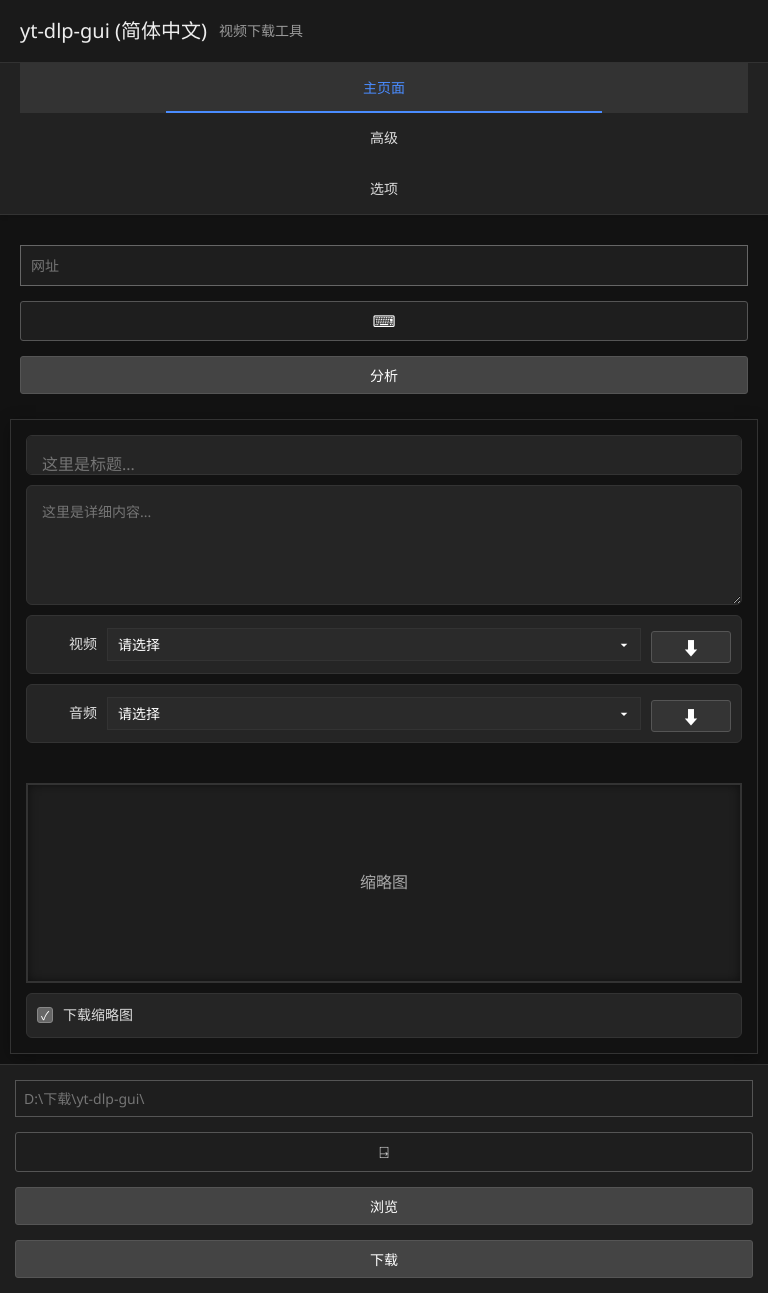
Repository: zArvin6808/yt-TubeSaver
Page: index.html
An editor plug-in stored every save of this project. The page is shown before and after the next save, followed by the edit.
The browser window is 768 px wide. The pictures show the whole page.

Above is the page before, as saved 2025-06-07 16:16:19.

### index.html
<!DOCTYPE html>
<html lang="zh-CN">
<head>
  <meta charset="UTF-8" />
  <title>yt-dlp-gui (简体中文)</title>
  <meta name="viewport" content="width=device-width, initial-scale=1.0"/>
  <link rel="stylesheet" href="style.css" />
</head>
<body>

  <!-- 标题栏 -->
  <div class="title-bar">
    <h1>yt-dlp-gui (简体中文)</h1>
    <span>视频下载工具</span>
  </div>

  <!-- 导航栏 -->
  <div class="navbar">
    <a href="#" class="nav-link active" data-page="main">主页面</a>
    <a href="#" class="nav-link" data-page="advanced">高级</a>
    <a href="#" class="nav-link" data-page="settings">选项</a>
  </div>

  <!-- 主页面内容 -->
  <div id="main" class="page active">
    <!-- 网址与按钮 占据整行 -->
    <div class="url-analysis-row">
      <input type="text" id="urlInput" placeholder="网址" />
      <button class="icon-button" id="pasteButton">⌨</button>
      <button id="analyzeButton">分析</button>
    </div>

    <!-- 主内容 -->
    <div class="main">
      <!-- 左侧面板 -->
      <div class="left-panel">
        <textarea class="title-input" id="titleInput" placeholder="这里是标题..." readonly></textarea>
        <textarea class="content-textarea" id="contentTextarea" placeholder="这里是详细内容..."></textarea>

        <!-- 视频行 -->
        <div class="select-group">
          <label for="video-select">视频</label>
          <select id="video-select">
            <option>请选择</option>
            <option value="video1">视频格式1</option>
            <option value="video2">视频格式2</option>
          </select>
          <button class="download-button" id="downloadVideoButton">⬇</button>
        </div>

        <!-- 音频行 -->
        <div class="select-group">
          <label for="audio-select">音频</label>
          <select id="audio-select">
            <option>请选择</option>
            <option value="audio1">音频格式1</option>
            <option value="audio2">音频格式2</option>
          </select>
          <button class="download-button" id="downloadAudioButton">⬇</button>
        </div>
      </div>

      <!-- 右侧面板 -->
      <div class="right-panel">
        <div class="thumbnail" id="thumbnailPreview">缩略图</div>
        <div class="checkbox-group">
          <input type="checkbox" id="download-thumb" checked />
          <label for="download-thumb">下载缩略图</label>
        </div>
      </div>
    </div>

    <!-- 路径栏 -->
    <div class="path-bar">
      <input type="text" id="pathInput" placeholder="D:\下载\yt-dlp-gui\" />
      <button class="icon-button" id="refreshPathButton">⍈</button>
      <button id="selectPathButton">浏览</button>
      <button id="downloadButton">下载</button>
    </div>
  </div>

  <!-- 高级页面 -->
  <div id="advanced" class="page">
    <div class="test-content">
      <h2>高级设置（测试页面）</h2>
      <p>这是高级设置页面的测试内容。该页面将用于配置更详细的下载选项。</p>
      <p>未来这里将包含：</p>
      <ul style="color: #aaa; margin-left: 20px;">
        <li>视频质量设置</li>
        <li>下载速度限制</li>
        <li>字幕选项</li>
        <li>格式选择</li>
      </ul>
    </div>
  </div>

  <!-- 选项页面 -->
  <div id="settings" class="page">
    <div class="test-content">
      <h2>全局设置（测试页面）</h2>
      <p>这是选项设置页面的测试内容。该页面将用于配置软件的全局设置。</p>
      <p>未来这里将包含：</p>
      <ul style="color: #aaa; margin-left: 20px;">
        <li>界面语言设置</li>
        <li>默认下载路径</li>
        <li>代理设置</li>
        <li>主题选择</li>
      </ul>
    </div>
  </div>

  <script src="script.js"></script>
</body>
</html>

### style.css
    * {
      box-sizing: border-box;
      margin: 0;
      padding: 0;
      font-family: "Segoe UI", "Microsoft YaHei", sans-serif;
    }

    body {
      background-color: #121212;
      color: #e0e0e0;
      display: flex;
      flex-direction: column;
      min-height: 100vh;
      line-height: 1.6;
    }

    /* 标题栏 */
    .title-bar {
      background-color: #1e1e1e;
      display: flex;
      align-items: center;
      padding: 15px 20px;
      gap: 12px;
      border-bottom: 1px solid #333;
    }

    .title-bar h1 {
      font-size: 20px;
      margin: 0;
      color: #fff;
      font-weight: 500;
    }

    .title-bar span {
      font-size: 14px;
      color: #aaa;
    }

    /* 导航栏 */
    .navbar {
      background-color: #252525;
      display: flex;
      padding: 0 20px;
      box-shadow: 0 2px 4px rgba(0,0,0,0.1);
    }

    .navbar a {
      color: #ddd;
      text-decoration: none;
      font-size: 14px;
      cursor: pointer;
      padding: 14px 20px;
      transition: all 0.3s ease;
      position: relative;
    }

    .navbar a:hover {
      color: #fff;
      background-color: #333;
    }

    .navbar a.active {
      color: #4a8cff;
      background-color: #333;
    }

    .navbar a.active::after {
      content: '';
      position: absolute;
      bottom: 0;
      left: 20%;
      right: 20%;
      height: 2px;
      background-color: #4a8cff;
    }

    /* 页面切换相关样式 */
    .page {
      display: none;
      flex-direction: column;
      flex-grow: 1;
    }

    .page.active {
      display: flex;
    }

    /* 网址与按钮容器：占满整行 */
    .url-analysis-row {
      display: flex;
      align-items: center;
      padding: 15px 20px;
      gap: 10px;
      width: 100%;
      box-sizing: border-box;
    }

    .url-analysis-row input[type="text"] {
      background-color: #1e1e1e;
      color: #ffffff;
      border: 1px solid #666;
      padding: 10px;
      font-size: 14px;
      flex-grow: 1;
      transition: border-color 0.2s ease;
    }

    .url-analysis-row input[type="text"]:focus {
      outline: none;
      border-color: #888;
      box-shadow: 0 0 0 2px rgba(150, 150, 150, 0.2);
    }

    /* 主内容容器 */
    .main {
      display: flex;
      flex-direction: row;
      padding: 0 20px 20px 20px;
      gap: 20px;
      flex-grow: 1;
    }

    /* 左侧区域 */
    .left-panel {
      display: flex;
      flex-direction: column;
      width: 60%;
      gap: 10px;
    }

    .title-input {
      background-color: #1e1e1e;
      color: #ffffff;
      border: 1px solid #666;
      padding: 10px;
      font-size: 14px;
      height: 40px;
      resize: none;
      transition: border-color 0.2s ease;
    }

    .title-input:focus {
      outline: none;
      border-color: #888;
      box-shadow: 0 0 0 2px rgba(150, 150, 150, 0.2);
    }

    .content-textarea {
      background-color: #1e1e1e;
      color: #ffffff;
      border: 1px solid #666;
      padding: 10px;
      font-size: 14px;
      resize: vertical;
      height: 100px;
      flex-grow: 1;
      transition: border-color 0.2s ease;
    }

    .content-textarea:focus {
      outline: none;
      border-color: #888;
      box-shadow: 0 0 0 2px rgba(150, 150, 150, 0.2);
    }

    /* 视频/音频选择器 - 每组一行 */
    .select-group {
      display: flex;
      align-items: center;
      gap: 10px;
    }

    select {
      background-color: #1e1e1e;
      color: #ffffff;
      border: 1px solid #666;
      padding: 6px 10px;
      font-size: 14px;
      flex-grow: 1;
      transition: border-color 0.2s ease;
      appearance: none;
      background-image: url("data:[embedded picture, 150 characters]");
      background-repeat: no-repeat;
      background-position: right 8px center;
      background-size: 16px;
    }

    select:focus {
      outline: none;
      border-color: #888;
      box-shadow: 0 0 0 2px rgba(150, 150, 150, 0.2);
    }

    label {
      font-size: 14px;
      text-align: right;
      flex-shrink: 0;
    }

    /* 基础按钮样式 */
    button {
      background-color: #444;
      color: white;
      border: 1px solid #555;
      padding: 8px 12px;
      cursor: pointer;
      font-size: 14px;
      transition: all 0.2s ease;
      border-radius: 3px;
      min-width: 80px;
    }

    button:hover {
      background-color: #555;
      border-color: #666;
    }

    button:active {
      background-color: #3a3a3a;
    }

    button.primary {
      background-color: #666;
      border-color: #777;
    }

    button.primary:hover {
      background-color: #777;
    }

    button.primary:active {
      background-color: #5a5a5a;
    }

    /* 图标按钮样式 */
    .icon-button {
      background-color: #1e1e1e;
      color: #ffffff;
      border: 1px solid #555;
      cursor: pointer;
      font-size: 16px;
      transition: all 0.2s ease;
      display: flex;
      justify-content: center;
      align-items: center;
      border-radius: 3px;
    }

    .icon-button:hover {
      border-color: #666;
      background-color: #252525;
    }

    .icon-button:active {
      background-color: #1a1a1a;
    }

    /* 下载图标按钮样式 */
    .download-button {
      width: 32px;
      height: 32px;
      display: flex;
      justify-content: center;
      align-items: center;
      font-size: 18px;
      padding: 0;
      background-color: #343434;
      border: 1px solid #555;
      border-radius: 3px;
    }
    .download-button:hover {
      background-color: #555;
    }
    .download-button:active {
      background-color: #2e2e2e;
    }

    /* 右侧面板：缩略图和下载缩略图选项 */
    .right-panel {
      display: flex;
      flex-direction: column;
      width: 40%;
      gap: 10px;
    }

    .thumbnail {
      width: 100%;
      height: 200px;
      background-color: #1e1e1e;
      display: flex;
      justify-content: center;
      align-items: center;
      color: #aaa;
      font-size: 16px;
      border: 1px solid #666;
      transition: all 0.2s ease;
    }

    .thumbnail.loading {
      background-color: #252525;
      border-color: #888;
    }

    .thumbnail img {
      max-width: 100%;
      max-height: 100%;
      object-fit: contain;
    }

    .checkbox-group {
      display: flex;
      align-items: center;
      gap: 8px;
    }

    .checkbox-group input[type="checkbox"] {
      appearance: none;
      width: 16px;
      height: 16px;
      border: 1px solid #666;
      background-color: #1e1e1e;
      border-radius: 3px;
      cursor: pointer;
      position: relative;
      transition: all 0.2s ease;
    }

    .checkbox-group input[type="checkbox"]:checked {
      background-color: #666;
      border-color: #888;
    }

    .checkbox-group input[type="checkbox"]:checked::after {
      content: "✓";
      position: absolute;
      color: white;
      font-size: 12px;
      top: 50%;
      left: 50%;
      transform: translate(-50%, -50%);
    }

    .checkbox-group input[type="checkbox"]:focus {
      outline: none;
      box-shadow: 0 0 0 2px rgba(150, 150, 150, 0.2);
    }

    .checkbox-group label {
      font-size: 14px;
      color: #ddd;
      cursor: pointer;
    }

    /* 路径栏 */
    .path-bar {
      display: flex;
      align-items: center;
      gap: 10px;
      padding: 15px 20px;
      background-color: #2e2e2e;
      border-top: 1px solid #444;
    }

    .path-bar input {
      flex-grow: 1;
      padding: 8px;
      background-color: #1e1e1e;
      color: #fff;
      border: 1px solid #555;
      font-size: 14px;
    }

    /* 测试页面样式 */
    .test-content {
      padding: 20px;
      display: flex;
      flex-direction: column;
      gap: 20px;
    }

    .test-content h2 {
      color: #fff;
      font-size: 18px;
      margin-bottom: 10px;
    }

    .test-content p {
      color: #aaa;
      font-size: 14px;
      line-height: 1.6;
    }

    /* 导航栏 */
    .navbar {
      display: flex;
      border-bottom: 1px solid #333;
      margin-bottom: 15px;
      background-color: #1a1a1a;
    }

    .nav-link {
      padding: 12px 20px;
      color: #aaa;
      text-decoration: none;
      transition: all 0.2s ease;
      font-size: 14px;
      position: relative;
    }

    .nav-link:hover {
      color: #fff;
      background-color: #252525;
    }

    .nav-link.active {
      color: #fff;
      background-color: #252525;
    }

    .nav-link.active::after {
      content: '';
      position: absolute;
      bottom: -1px;
      left: 0;
      right: 0;
      height: 2px;
      background-color: #4a8cff;
    }

    /* 页面切换 */
    .page {
      display: none;
      animation: fadeIn 0.3s ease-out;
    }

    .page.active {
      display: block;
    }

    @keyframes fadeIn {
      from { opacity: 0; transform: translateY(10px); }
      to { opacity: 1; transform: translateY(0); }
    }

    /* 按钮状态 */
    button {
      transition: all 0.2s ease;
      position: relative;
    }

    button:hover {
      filter: brightness(1.1);
    }

    button:active {
      transform: translateY(1px);
    }

    button[disabled] {
      opacity: 0.7;
      cursor: not-allowed;
      transform: none !important;
    }

    /* 加载动画 */
    .spinner {
      display: inline-block;
      width: 14px;
      height: 14px;
      border: 2px solid rgba(255,255,255,0.3);
      border-radius: 50%;
      border-top-color: #fff;
      animation: spin 1s ease-in-out infinite;
      margin-right: 8px;
      vertical-align: middle;
    }

    @keyframes spin {
      to { transform: rotate(360deg); }
    }

    /* 提示消息 */
    .toast {
      position: fixed;
      bottom: 20px;
      left: 50%;
      transform: translateX(-50%);
      padding: 12px 24px;
      border-radius: 4px;
      color: white;
      font-size: 14px;
      z-index: 1000;
      box-shadow: 0 4px 12px rgba(0,0,0,0.15);
      opacity: 0;
      animation: toastIn 0.3s ease-out forwards;
    }

    .toast.toast-success {
      background-color: #28a745;
    }

    .toast.toast-error {
      background-color: #dc3545;
    }

    .toast.toast-info {
      background-color: #17a2b8;
    }

    .toast.fade-out {
      animation: toastOut 0.3s ease-in forwards;
    }

    @keyframes toastIn {
      from { opacity: 0; transform: translateX(-50%) translateY(20px); }
      to { opacity: 1; transform: translateX(-50%) translateY(0); }
    }

    @keyframes toastOut {
      from { opacity: 1; transform: translateX(-50%) translateY(0); }
      to { opacity: 0; transform: translateX(-50%) translateY(-20px); }
    }

    /* 响应式布局 */
    @media (max-width: 768px) {
      .navbar {
        flex-direction: column;
      }

      .nav-link {
        padding: 10px;
        text-align: center;
      }

      .input-group {
        flex-direction: column;
      }

      button {
        width: 100%;
        margin-top: 8px;
      }

      .toast {
        width: 90%;
        text-align: center;
      }
    }
    .toast {
      position: fixed;
      bottom: 20px;
      left: 50%;
      transform: translateX(-50%);
      padding: 12px 24px;
      border-radius: 4px;
      color: white;
      z-index: 1000;
      animation: slideIn 0.3s ease-out;
    }

    .toast-info {
      background-color: #444;
    }

    .toast-success {
      background-color: #2d7d46;
    }

    .toast-error {
      background-color: #c42b1c;
    }

    .toast.fade-out {
      animation: fadeOut 0.3s ease-in;
      opacity: 0;
    }

    @keyframes slideIn {
      from {
        transform: translateX(-50%) translateY(20px);
        opacity: 0;
      }
      to {
        transform: translateX(-50%) translateY(0);
        opacity: 1;
      }
    }

    @keyframes fadeOut {
      from {
        opacity: 1;
      }
      to {
        opacity: 0;
      }
    }

    /* 输入验证 */
    input:invalid {
      border-color: #c42b1c !important;
    }

    /* 缩略图显示优化 */
    .thumbnail {
      background-size: cover;
      background-position: center;
      transition: background-image 0.3s ease;
    }

    /* 滚动条样式 */
    ::-webkit-scrollbar {
      width: 10px;
      height: 10px;
    }
    ::-webkit-scrollbar-track {
      background: #1e1e1e;
      border-radius: 5px;
    }
    ::-webkit-scrollbar-thumb {
      background: #666;
      border-radius: 5px;
      border: 2px solid #1e1e1e;
      transition: background 0.2s ease;
    }
    ::-webkit-scrollbar-thumb:hover {
      background: #777;
    }
    ::-webkit-scrollbar-corner {
      background: #1e1e1e;
    }

    /* 新增样式改进 */

    /* 选择框组优化 */
    .select-group {
      display: flex;
      align-items: center;
      gap: 10px;
      padding: 10px;
      background-color: #252525;
      border-radius: 6px;
      border: 1px solid #333;
    }

    .select-group label {
      font-weight: 500;
      color: #e0e0e0;
      min-width: 60px;
    }

    .select-group select {
      flex: 1;
      background-color: #2a2a2a;
    }

    /* 文本区域优化 */
    .title-input, .content-textarea {
      background-color: #252525;
      border: 1px solid #333;
      padding: 15px;
      border-radius: 6px;
      font-size: 14px;
      transition: all 0.3s ease;
    }

    .title-input {
      font-size: 16px;
      font-weight: 500;
    }

    .content-textarea {
      min-height: 120px;
      resize: vertical;
    }

    /* 复选框优化 */
    .checkbox-group {
      display: flex;
      align-items: center;
      gap: 10px;
      padding: 10px;
      background-color: #252525;
      border-radius: 6px;
      border: 1px solid #333;
    }

    .checkbox-group input[type="checkbox"] {
      width: 16px;
      height: 16px;
      accent-color: #4a8cff;
    }

    /* 路径栏优化 */
    .path-bar {
      display: flex;
      gap: 10px;
      padding: 15px;
      background-color: #1e1e1e;
      border-top: 1px solid #333;
    }

    .path-bar input {
      flex: 1;
    }

    /* 导航栏优化 - 黑灰主题 */
    .navbar {
      background-color: #222;
      border-bottom: 1px solid #333;
    }

    .nav-link {
      color: #aaa;
      transition: all 0.2s ease;
    }

    .nav-link:hover {
      color: #ddd;
      background-color: #333;
    }

    .nav-link.active {
      color: #fff;
      background-color: #444;
    }

    /* 标题栏优化 - 黑灰主题 */
    .title-bar {
      background-color: #1a1a1a;
      border-bottom: 1px solid #333;
    }

    .title-bar h1 {
      color: #eee;
    }

    .title-bar span {
      color: #999;
    }

    /* Toast通知 - 黑灰主题 */
    .toast-success {
      background-color: #444;
      border: 1px solid #555;
    }

    .toast-error {
      background-color: #444;
      border: 1px solid #666;
    }

    .toast-info {
      background-color: #444;
      border: 1px solid #777;
    }

    /* 状态指示器优化 - 黑灰主题 */
    .active-indicator {
      position: absolute;
      bottom: 0;
      left: 0;
      right: 0;
      height: 3px;
      background-color: #4a8cff;
      transform: scaleX(0);
      transform-origin: left;
      transition: transform 0.3s ease;
    }

    .is-active .active-indicator {
      transform: scaleX(1);
    }

    /* 错误状态增强 */
    .has-error {
      border-color: #dc3545 !important;
      animation: shake 0.5s ease;
    }

    .error-message {
      color: #dc3545;
      font-size: 13px;
      margin-top: 5px;
    }

    @keyframes shake {
      0%, 100% { transform: translateX(0); }
      20%, 60% { transform: translateX(-5px); }
      40%, 80% { transform: translateX(5px); }
    }

    /* 禁用状态优化 */
    :disabled {
      opacity: 0.6;
      cursor: not-allowed !important;
      background-color: #555 !important;
    }

    /* 间距和对齐优化 */
    .form-group {
      display: flex;
      flex-direction: column;
      gap: 8px;
      margin-bottom: 15px;
    }

    .form-group label {
      font-weight: 500;
      color: #e0e0e0;
    }

    /* 主内容区域增强 */
    .main {
      border: 1px solid #333;
      box-shadow: 0 4px 20px rgba(0,0,0,0.25);
      transition: all 0.3s ease;
    }

    /* 输入框和选择框优化 */
    input, textarea, select {
      background-color: #252525;
      border: 1px solid #333;
      transition: all 0.3s ease;
    }

    input:focus, textarea:focus, select:focus {
      border-color: #4a8cff;
      box-shadow: 0 0 0 2px rgba(74, 140, 255, 0.2);
    }

    /* 按钮增强 - 黑灰主题 */
    button {
      background-color: #444;
      border: 1px solid #555;
      transition: all 0.2s ease;
      position: relative;
      overflow: hidden;
    }

    button:hover {
      background-color: #555;
      transform: translateY(-1px);
    }

    button:active {
      transform: translateY(0);
      background-color: #333;
    }

    /* 输入框和选择框优化 - 黑灰主题 */
    input:focus, textarea:focus, select:focus {
      border-color: #777;
      box-shadow: 0 0 0 2px rgba(100,100,100,0.2);
    }

    /* 活动指示器 - 黑灰主题 */
    .active-indicator {
      background-color: #888;
    }

    /* 缩略图悬停效果 - 黑灰主题 */
    .thumbnail:hover {
      border-color: #777;
      box-shadow: 0 4px 12px rgba(0,0,0,0.3);
    }

    /* 加载动画 - 黑灰主题 */
    .spinner {
      border-top-color: #888;
    }

    /* 复选框 - 黑灰主题 */
    .checkbox-group input[type="checkbox"] {
      accent-color: #666;
    }

    /* 缩略图区域 */
    .thumbnail {
      border: 2px solid #333;
      background-size: cover;
      background-position: center;
      transition: all 0.3s ease;
    }

    .thumbnail:hover {
      border-color: #4a8cff;
      box-shadow: 0 4px 12px rgba(0,0,0,0.3);
    }

    /* 加载动画增强 */
    .spinner {
      display: inline-block;
      width: 16px;
      height: 16px;
      border: 3px solid rgba(255,255,255,0.2);
      border-radius: 50%;
      border-top-color: #4a8cff;
      animation: spin 0.8s linear infinite;
      margin-right: 8px;
      vertical-align: middle;
    }

    /* Toast通知样式 */
    .toast {
      position: fixed;
      bottom: 30px;
      left: 50%;
      transform: translateX(-50%);
      padding: 14px 24px;
      border-radius: 8px;
      color: white;
      font-size: 14px;
      font-weight: 500;
      z-index: 1000;
      box-shadow: 0 4px 12px rgba(0,0,0,0.2);
      opacity: 0;
      animation: toastIn 0.3s ease-out forwards;
      max-width: 90%;
      text-align: center;
    }

    .toast-success {
      background-color: #28a745;
    }

    .toast-error {
      background-color: #dc3545;
    }

    .toast-info {
      background-color: #17a2b8;
    }

    @keyframes toastIn {
      from { opacity: 0; transform: translateX(-50%) translateY(20px); }
      to { opacity: 1; transform: translateX(-50%) translateY(0); }
    }

    .toast.fade-out {
      animation: toastOut 0.3s ease-in forwards;
    }

    @keyframes toastOut {
      from { opacity: 1; transform: translateX(-50%) translateY(0); }
      to { opacity: 0; transform: translateX(-50%) translateY(-20px); }
    }

    /* 移动端优化 */
    @media (max-width: 768px) {
      .main {
        flex-direction: column;
        margin: 10px;
        padding: 15px;
      }

      .right-panel {
        width: 100%;
        margin-top: 20px;
      }

      .url-analysis-row,
      .path-bar {
        flex-wrap: wrap;
        gap: 10px;
      }

      .url-analysis-row input,
      .path-bar input {
        width: 100%;
      }

      button {
        width: 100%;
        margin-top: 5px;
      }
    }

    /* 细微交互效果 */
    .select-group:hover select {
      border-color: #4a8cff;
    }

    .checkbox-group:hover input[type="checkbox"] {
      border-color: #4a8cff;
    }

    input:focus, textarea:focus, select:focus {
      box-shadow: 0 0 0 2px rgba(74, 140, 255, 0.2);
    }

    button:active {
      transform: scale(0.98);
    }
    .main {
      box-shadow: 0 4px 16px rgba(0,0,0,0.3);
      transition: box-shadow 0.3s ease;
    }

    .main:hover {
      box-shadow: 0 6px 20px rgba(0,0,0,0.4);
    }

    input, textarea, select {
      transition: all 0.3s ease;
    }

    button {
      transition: all 0.3s ease;
      position: relative;
      overflow: hidden;
    }

    button::after {
      content: '';
      position: absolute;
      top: 50%;
      left: 50%;
      width: 5px;
      height: 5px;
      background: rgba(255,255,255,0.2);
      opacity: 0;
      border-radius: 100%;
      transform: scale(1, 1) translate(-50%, -50%);
      transform-origin: 50% 50%;
    }

    button:active::after {
      animation: ripple 0.6s ease-out;
    }

    @keyframes ripple {
      0% {
        transform: scale(0, 0);
        opacity: 0.5;
      }
      100% {
        transform: scale(20, 20);
        opacity: 0;
      }
    }

    .thumbnail {
      transition: all 0.3s ease;
      box-shadow: inset 0 0 10px rgba(0,0,0,0.5);
    }

    .thumbnail:hover {
      box-shadow: inset 0 0 15px rgba(0,0,0,0.7);
    }

    /* 响应式改进 */
    @media (max-width: 768px) {
      .main {
        flex-direction: column;
        padding: 15px;
      }

      .left-panel, .right-panel {
        width: 100%;
      }

      .url-analysis-row, .path-bar {
        flex-wrap: wrap;
      }
    }

Loaded but not shown: script.js (344 lines, source omitted)

After the next save:
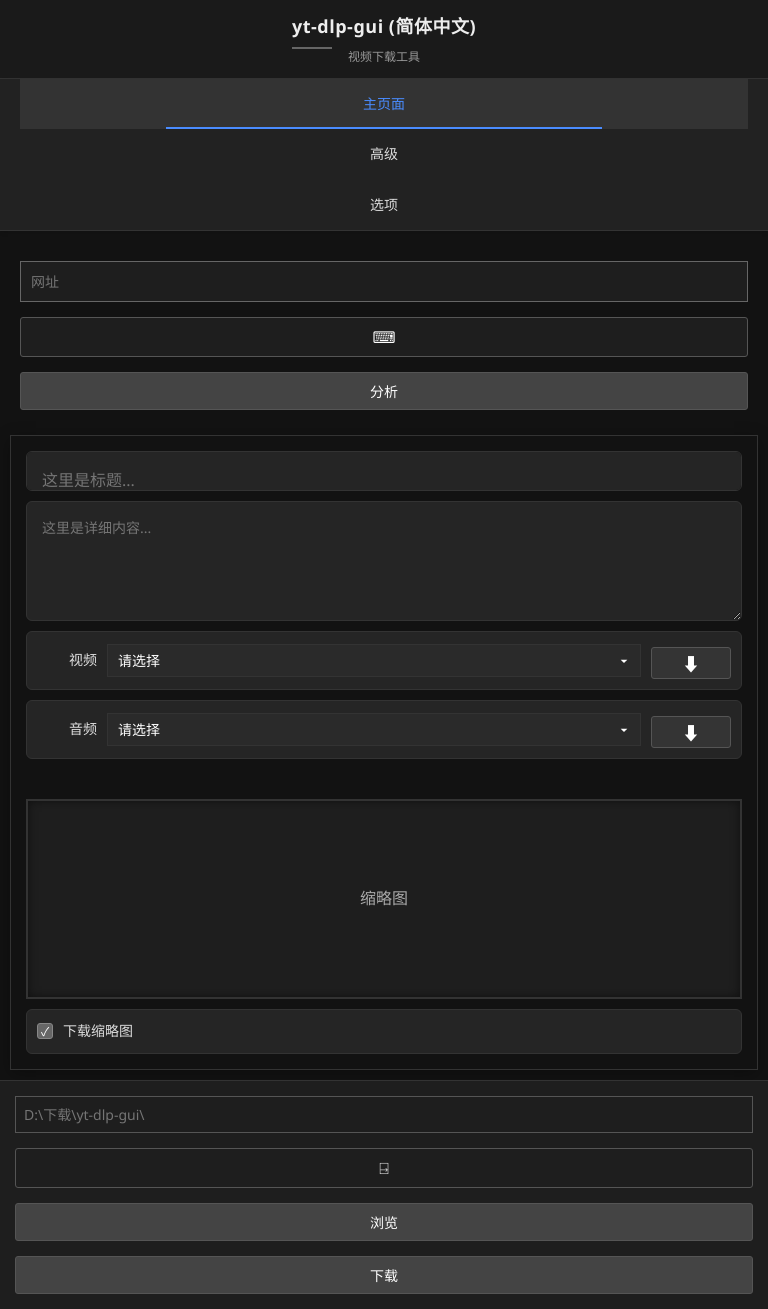
Saved 104 s later.
--- a/style.css
+++ b/style.css
@@ -728,14 +728,51 @@
     .title-bar {
       background-color: #1a1a1a;
       border-bottom: 1px solid #333;
+      padding: 15px 20px;
+      display: flex;
+      flex-direction: column;
+      gap: 4px;
     }
 
     .title-bar h1 {
       color: #eee;
+      font-size: 22px;
+      font-weight: 600;
+      margin: 0;
+      letter-spacing: 0.5px;
+      position: relative;
+      display: inline-block;
+    }
+
+    .title-bar h1::after {
+      content: "";
+      position: absolute;
+      bottom: -8px;
+      left: 0;
+      width: 40px;
+      height: 2px;
+      background-color: #666;
     }
 
     .title-bar span {
       color: #999;
+      font-size: 13px;
+      font-weight: 400;
+      margin-top: 2px;
+    }
+
+    @media (max-width: 768px) {
+      .title-bar {
+        padding: 12px 15px;
+      }
+
+      .title-bar h1 {
+        font-size: 18px;
+      }
+
+      .title-bar span {
+        font-size: 12px;
+      }
     }
 
     /* Toast通知 - 黑灰主题 */
